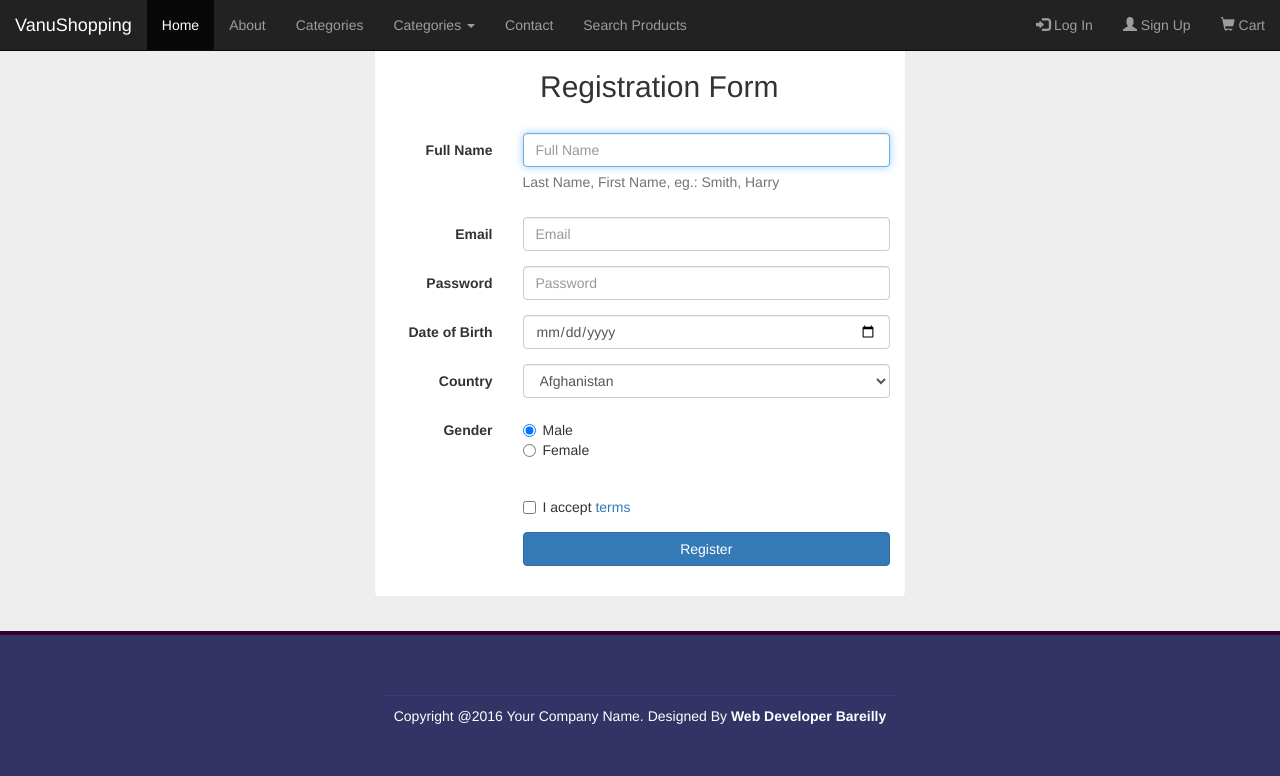
Repository: 31757/yash_webapp_01
Page: http://localhost/yash_webapp_01/WEB-INF/views/reg.jsp
An editor plug-in stored every save of this project. The page is shown before and after the next save, followed by the edit.
The browser window is 1280 px wide. The pictures show the whole page.
Some web libraries are served in a nearby version. The page is served by Tomcat 9. Nobody is signed in. The template is opened directly, without the code that normally fills it, so the values that code supplies are empty.

Above is the page before, as saved 2016-10-23 11:24:23.

After the next save:
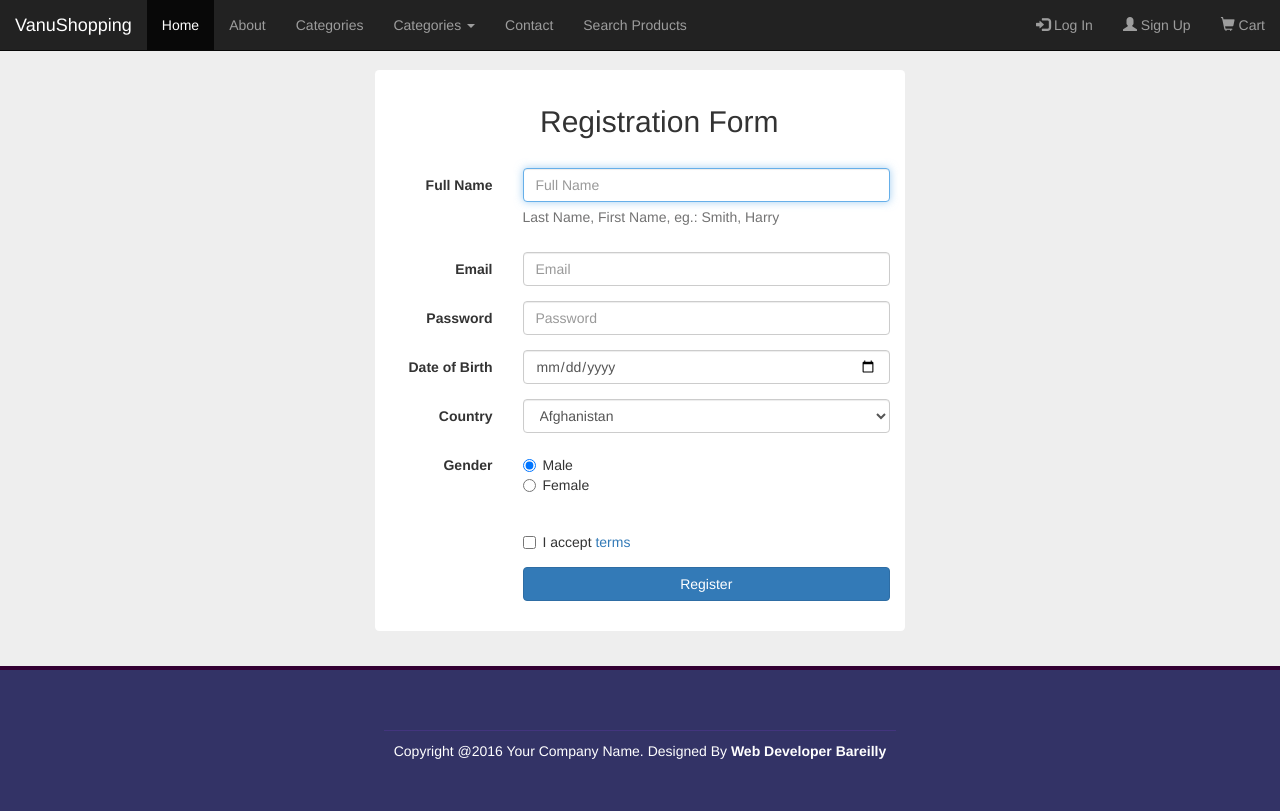
Saved 17 s later.
--- a/DT/yash_webapp_01/src/main/webapp/WEB-INF/views/reg.jsp
+++ b/DT/yash_webapp_01/src/main/webapp/WEB-INF/views/reg.jsp
@@ -45,6 +45,9 @@
 </head>
 <body>
 <jsp:include page="header.jsp" />
+<div class="form-group">
+    &nbsp;
+</div>
 <div class="form-group">
     &nbsp;
 </div>
